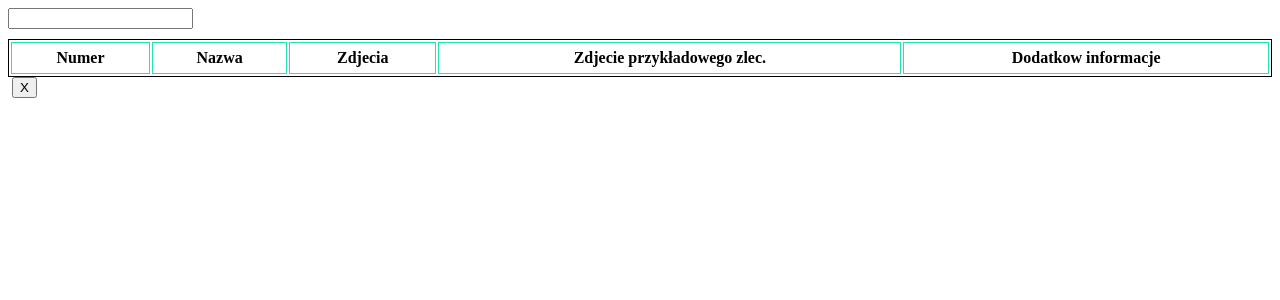
Repository: artek313/wyszukiwarka-sit
Page: index.html
An editor plug-in stored every save of this project. The page is shown before and after the next save, followed by the edit.
The browser window is 1280 px wide. The pictures show the whole page.

Above is the page before, as saved 2025-01-25 21:22:56.

After the next save:
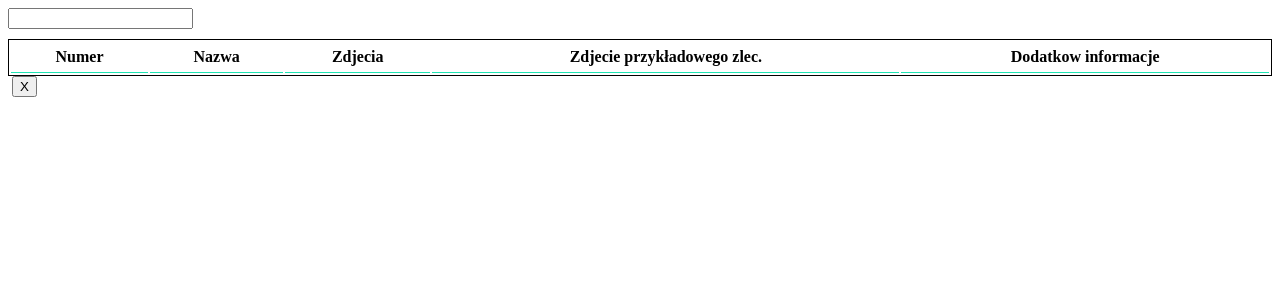
Saved 23 s later.
--- a/style.css
+++ b/style.css
@@ -8,7 +8,7 @@
 .table th,
 .table td {
 	padding: 6px;
-	border: 1px solid #1fe5b4;
+	border-bottom: 1px solid #1fe5b4;
 
 .table th {
 	background-color: #1fe5b4;
